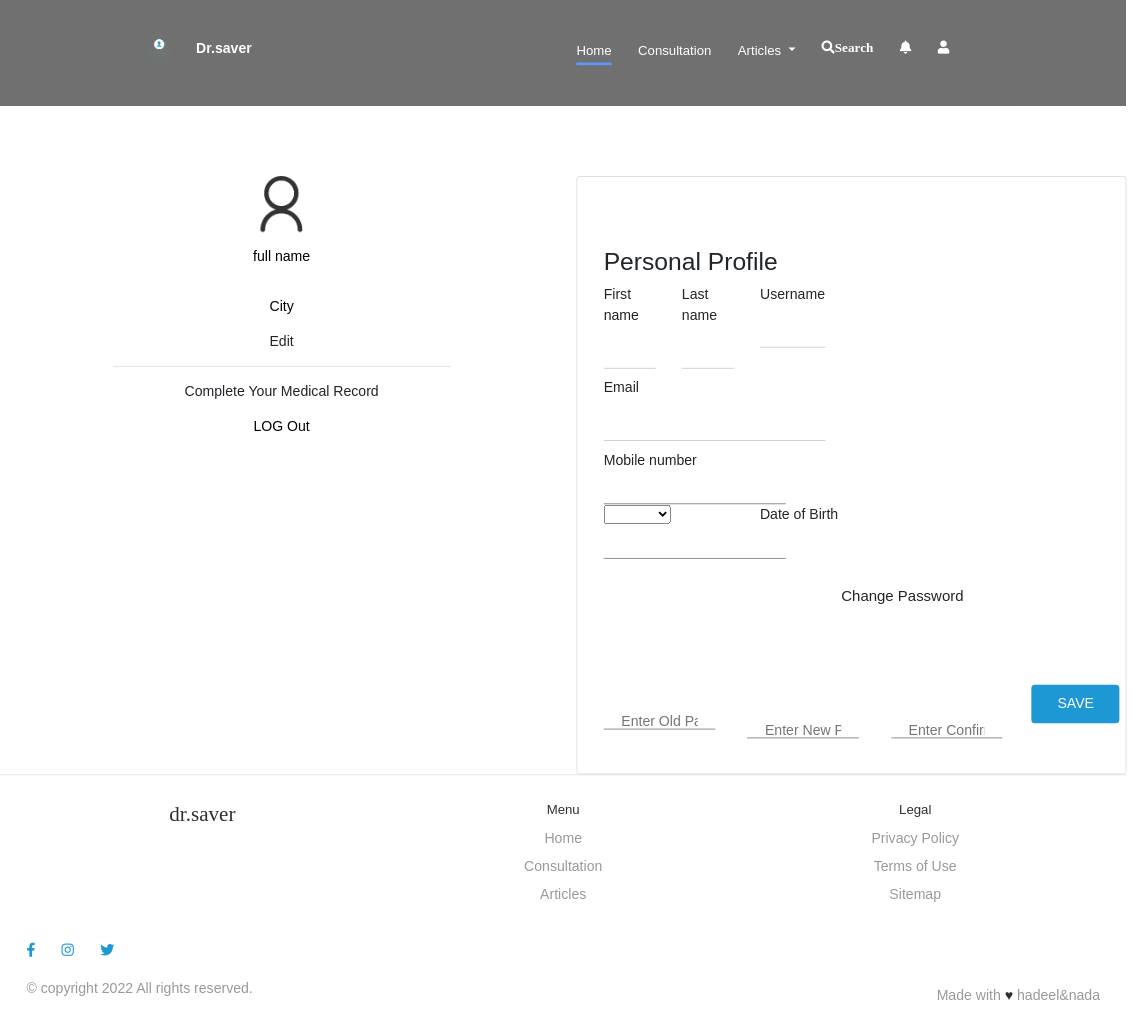
Repository: nsra/hadeel_doctor_system
Page: patient/Pprofile.html
An editor plug-in stored every save of this project. The page is shown before and after a run of saves, followed by the edit.
The browser window is 1280 px wide. The page is 1295 px wide, so the pictures cover 1295 px, including what lies to the right of the window. The pictures show the whole page, at 88% of full size.
Some web fonts or font styles are not loaded; a fallback is used. Some web libraries are served in a nearby version.

Above is the page before, as saved 2022-03-25 14:51:45.

After the next 4 saves:
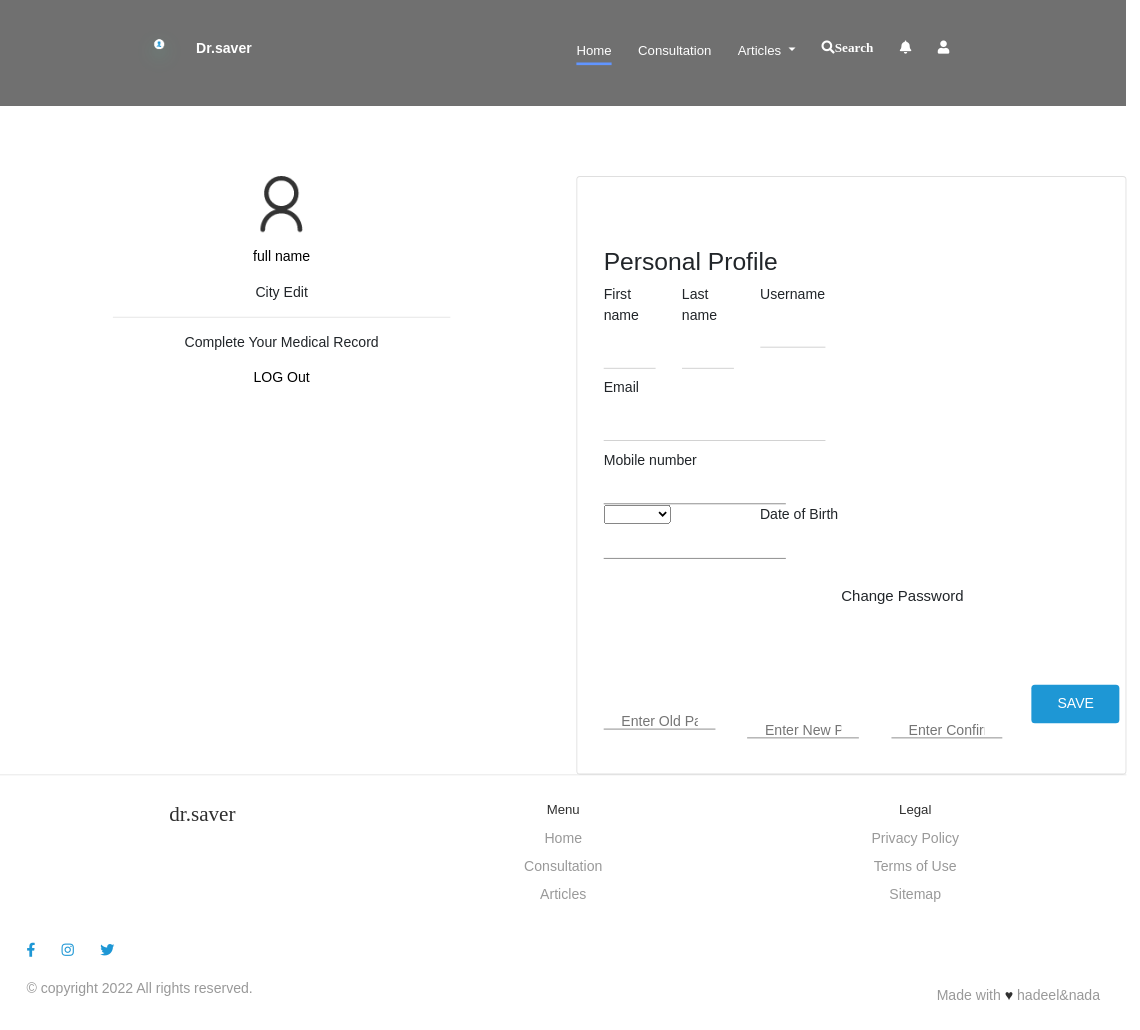
The 4 saves are shown as one change because they came seconds apart.
The last was saved 39 s later.
--- a/patient/Pprofile.html
+++ b/patient/Pprofile.html
@@ -67,7 +67,7 @@
         <ul class="sidebar-menu collapsible collapsible-accordion" data-collapsible="accordion">
 
 <li class="no-padding"><a class="waves-effect waves-grey" href="">full name</a></li>
-<li class="no-padding"><a class="waves-effect waves-grey" href="">City</a></li>
+<span>City</span>
 <span>Edit</span>
 <hr>
 <span>Complete Your Medical Record</span>

After the save that followed:
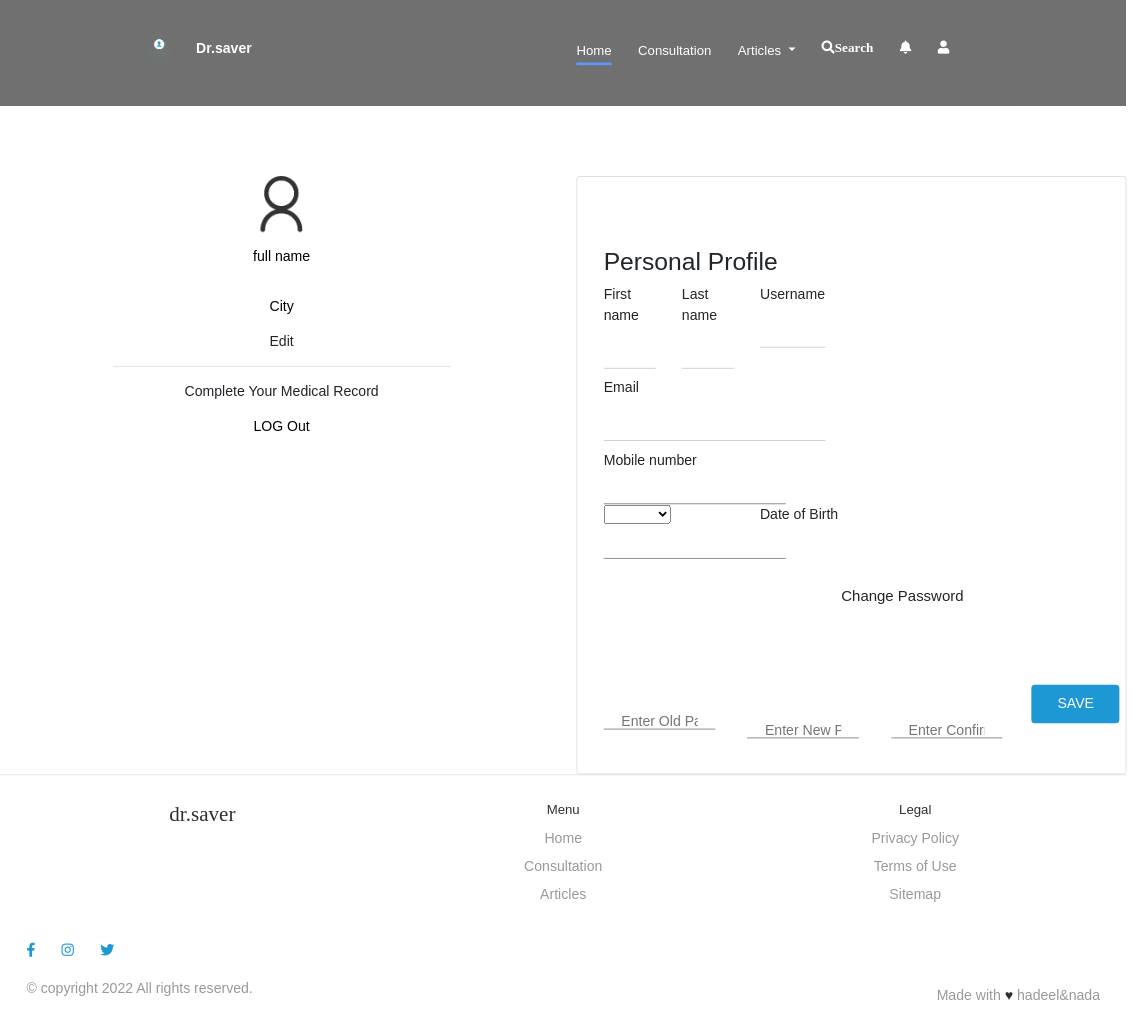
Saved 7 s later.
--- a/patient/Pprofile.html
+++ b/patient/Pprofile.html
@@ -67,7 +67,7 @@
         <ul class="sidebar-menu collapsible collapsible-accordion" data-collapsible="accordion">
 
 <li class="no-padding"><a class="waves-effect waves-grey" href="">full name</a></li>
-<span>City</span>
+<li class="no-padding"><a class="waves-effect waves-grey" href="">City</a></li>
 <span>Edit</span>
 <hr>
 <span>Complete Your Medical Record</span>
